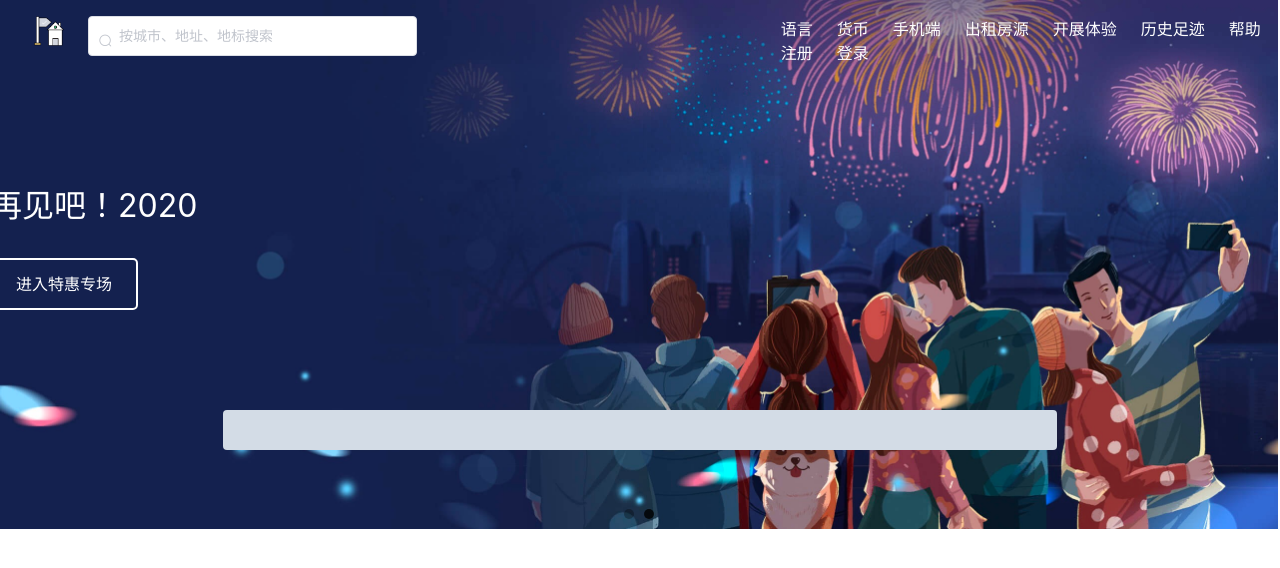
Repository: yz1181214391/my-airbnb
Page: /
The author's editor kept a copy of each file at every save. The page is drawn from the files as they stood at one save, then again after the next save.
The browser window is 1280 px wide. The pictures show the whole page.
The project was rebuilt for these pictures with package versions that can differ from the ones it lists, and the page was loaded fresh each time. Also part of the build but not shown: src/views/Language.vue, src/views/Currency.vue, src/views/Enter.vue, src/views/Experience.vue, src/views/Help.vue, src/views/History.vue, src/views/Mobile.vue, src/views/Register.vue and 1 more.

Above is the page before, as saved 2020-12-14 13:34:01.

### src/App.vue
<template>
  <div id="app">
    <div class="app-header">
      <Header/>
      <Banner class="banner"/>
    </div>

  </div>

</template>

<script>
import Banner from './components/Banner'
import Header from './components/Header'

export default {
   name: 'app',
  components:{
    Banner,
    Header
  }
}
</script>


<style lang="less">
// #app {
//   font-family: Avenir, Helvetica, Arial, sans-serif;
//   -webkit-font-smoothing: antialiased;
//   -moz-osx-font-smoothing: grayscale;
//   text-align: center;
//   color: #2c3e50;
// }

  html,body {margin: 0;padding: 0;height: 100%;width: 100%;}
  a {text-decoration: none;}
  body,div,dl,dt,dd,ul,ol,li,h1,h2,h3,h4,h5,h6,pre,form,fieldset,input,textarea,p,blockquote,th,td {margin: 0;padding: 0;}
  table {border-collapse: collapse;border-spacing: 0;}
  fieldset,img {border: 0;}
  address,caption,cite,code,dfn,em,strong,th,var {font-style: normal;font-weight: normal;}
  ol,ul {list-style: none;}
  caption,th {text-align: left;}
  h1,h2,h3,h4,h5,h6 {font-size: 100%;font-weight: normal;}
  q:before,q:after {content: '';}
  abbr,acronym {border: 0;}
  body{
      font-family: "Chinese Quote", -apple-system, BlinkMacSystemFont, "Segoe UI", "PingFang SC", "Hiragino Sans GB", "Microsoft YaHei", "Helvetica Neue", Helvetica, Arial, sans-serif, "Apple Color Emoji", "Segoe UI Emoji", "Segoe UI Symbol";
  }

  .banner{
    position: absolute;
    left: 0;
    top: 0;
    z-index: -1;
  }
</style>

### src/router/index.js
import Vue from 'vue'
import VueRouter from 'vue-router'

import Language from '../views/Language.vue'
import Currency from '../views/Currency.vue'
import Enter from '../views/Enter.vue'
import Experience from '../views/Experience.vue'
import Help from '../views/Help.vue'
import History from '../views/History.vue'
import Mobile from '../views/Mobile.vue'
import Register from '../views/Register.vue'
import Room from '../views/Room.vue'



Vue.use(VueRouter)

const routes = [
  // {
  //   path: '/',
  //   name: 'Language',
  //   component: Language
  // },
  // {
  //   path: '/Currency',
  //   name: 'Currency',
  //   // route level code-splitting
  //   // this generates a separate chunk (about.[hash].js) for this route
  //   // which is lazy-loaded when the route is visited.
  //   component: () => import(/* webpackChunkName: "about" */ '../views/Currency.vue')
  // }
  { path : '/Language', component : Language},
  { path : '/Currency', component : Currency},
  { path : '/Enter', component : Enter},
  { path : '/Experience', component : Experience},
  { path : '/Help', component : Help},
  { path : '/History', component : History},
  { path : '/Mobile', component : Mobile},
  { path : '/Register', component : Register},
  { path : '/Room', component : Room},
]

const router = new VueRouter({
  mode: 'history',
  base: process.env.BASE_URL,
  routes
})

export default router

### src/components/Banner.vue
<template>
  <div class="banner-box">
      <div class="banner">
          <img v-for="(v,i) in img " :key="i" :src="v" v-show="i==n" alt="">
          <div class="banner-circle">
              <ul>
                 <li v-for="(v,i) in img" :key="i" :class="i==n ? 'selected' : ''"></li>
              </ul>
          </div>
      </div>
  </div>
</template>

<script>
export default {
  data (){
      return{
          n:0,
          img:[
              require("../assets/img/banner1.jpg"),
              require("../assets/img/banner2.jpeg")
          ]
      }
  },
  methods : {
      fun:function(){
          setInterval(this.play,5000)
      },
      play:function(){
          this.n++;
          if(this.n == this.img.length){
              this.n = 0
          }
      }
  },
  mounted:function(){
          this.fun()
      }
}
</script>
<style>
    .banner-box{
      width: 100%;
      height: 529px;
    }
    ul{
        list-style-type: none;
    }
    .banner{
        position: relative;
    }
    .banner .banner-circle{
        position: absolute;
        bottom: 5px;
        left: 0;
        right: 0;
        color: #ffffff;
    }
    .banner .banner-circle li{
        display: inline-block;
        background: rgba(0,0,0,0.3);
        border-radius: 50%;
        padding: 5px;
        margin: 5px;
    }
    .banner .banner-circle ul{
        text-align: center;
    }
    .banner .banner-circle .selected{
        background: rgba(0,0,0,0.8);
    }
    .banner img{
        width: 100%;
        height: 529px;
        margin: 0;
        padding: 0;
    }
</style>

### src/components/Header.vue
<template>
    <div class="airbnb-box">
      <el-row :gutter="20">
        <el-col :span="8">
          <div class="grid-content bg-purple" style="display:flex">
            <a href="###"><img class="logo" src="../assets/img/012-zhandian.png" alt=""></a>
            <el-input v-model="input" style="width: 460px;height: 48px;" prefix-icon='el-icon-search' placeholder="按城市、地址、地标搜索"></el-input>
          </div>
        </el-col>
        <el-col :span="10" :offset="6">
          <div class="grid-content bg-purple nav-box">
            <router-link to="/Language">语言</router-link>
            <router-link to="/Currency">货币</router-link>
            <router-link to="/Mobile">手机端</router-link>
            <router-link to="/Room">出租房源</router-link>
            <router-link to="/Experience">开展体验</router-link>
            <router-link to="/History">历史足迹</router-link>
            <router-link to="/Help">帮助</router-link>
            <router-link to="/Register">注册</router-link>
            <router-link to="/Enter">登录</router-link>
          </div>
        </el-col>
      </el-row>
      <el-row :gutter="20">
        <el-col :span="6" :offset="6">
          <div class="grid-content bg-purple" style="margin:80px 0; margin-left:-340px">
            <h1 style="font-size:32px;color:#fff">再见吧！2020</h1>
            <div class="preferential-btn">进入特惠专场</div>
          </div>
        </el-col>
        <el-col :span="6" :offset="6"><div class="grid-content bg-purple"></div></el-col>
      </el-row>
      <el-row :gutter="20">
        <el-col :span="16" :offset="4" >
          <div class="grid-content bg-purple1">
            <!-- <div class="demo-input-suffix" style="display:flex;width:1032px;height:72px;">
              属性方式:
              <el-input
                placeholder="请选择日期"
                suffix-icon="el-icon-date"
                v-model="input2">
              </el-input>
              <el-input
                placeholder="请输入内容"
                prefix-icon="el-icon-search"
                v-model="input21">
              </el-input>
            </div> -->
          </div>
        </el-col>
      </el-row>
    </div>
</template>

<script>
// import Banner from './components/Banner'
export default {
    data(){
      return {
        input:'',
        input2:'',
        input21:'',
      }
    }
  // components:{
  //   Banner
  // }
}
</script>


<style lang="less">

.airbnb-box{
    width: 100%;
    height: 529px;

    // background-color: #cccccc;
  }

.el-row {
    margin-bottom: 20px;
    margin-left: 0 !important;
    margin-right: 0 !important;
    display: flex;
    &:first-child{

      align-items: center;
      width: 100%;
      height: 80px;
      // background-color: #99a9bf;
    }
    &:last-child {
      margin-bottom: 0;
    }
  }
  .el-col {
    border-radius: 4px;
  }
  .bg-purple-dark {
    background: #99a9bf;
  }
  .bg-purple1 {
    height: 40px;
    background: #d3dce6;
  }
  .bg-purple-light {
    background: #e5e9f2;
  }
  .grid-content {
    border-radius: 4px;
    min-height: 36px;
  }
  .row-bg {
    padding: 10px 0;
    background-color: #f9fafc;
  }


.logo{
  width: 30px;
  height: 30px;
  margin: 0 24px;
}
.preferential-btn{
  width:144px;
  height:48px;
  border:2px solid #ffff;
  border-radius:5px;
  text-align: center;
  line-height: 48px;
  color:#fff;
  margin: 32px 0;
}
.nav-box > a{
  margin-left: 24px;
  color: #fff;
}
</style>

Loaded but not shown: public/index.html (common file); src/main.js (common file); src/store/index.js (common file)

After the next save:
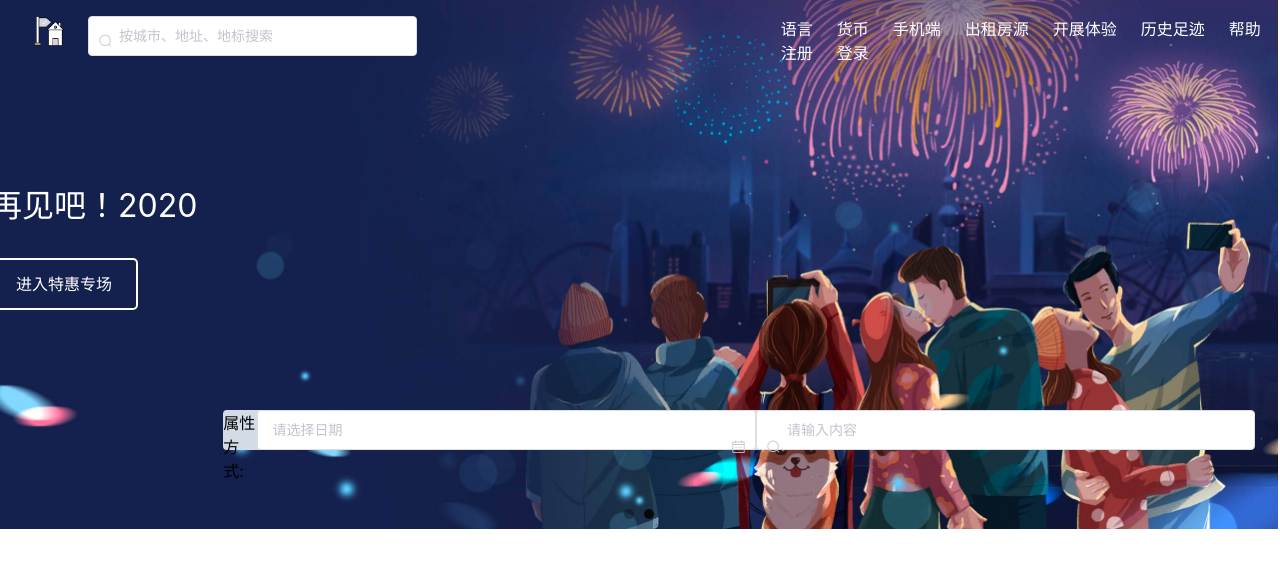
Saved 7 min 56 s later.
--- a/src/components/Header.vue
+++ b/src/components/Header.vue
@@ -33,7 +33,7 @@
       <el-row :gutter="20">
         <el-col :span="16" :offset="4" >
           <div class="grid-content bg-purple1">
-            <!-- <div class="demo-input-suffix" style="display:flex;width:1032px;height:72px;">
+            <div class="demo-input-suffix" style="display:flex;width:1032px;height:72px;">
               属性方式:
               <el-input
                 placeholder="请选择日期"
@@ -45,7 +45,7 @@
                 prefix-icon="el-icon-search"
                 v-model="input21">
               </el-input>
-            </div> -->
+            </div>
           </div>
         </el-col>
       </el-row>
